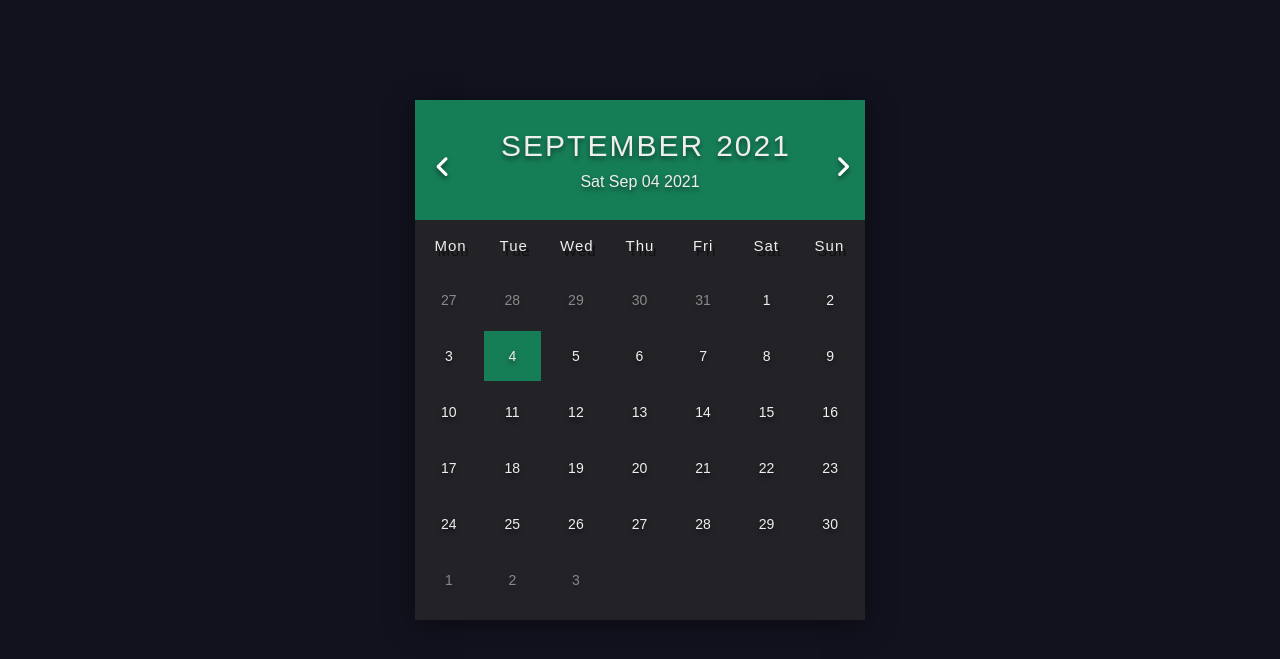
Repository: dboinska/calendar
Page: index.html
An editor plug-in stored every save of this project. The page is shown before and after the next save, followed by the edit.
The browser window is 1280 px wide. The pictures show the whole page.
Some web libraries are served in a nearby version.

Above is the page before, as saved 2021-09-08 00:14:01.

After the next save:
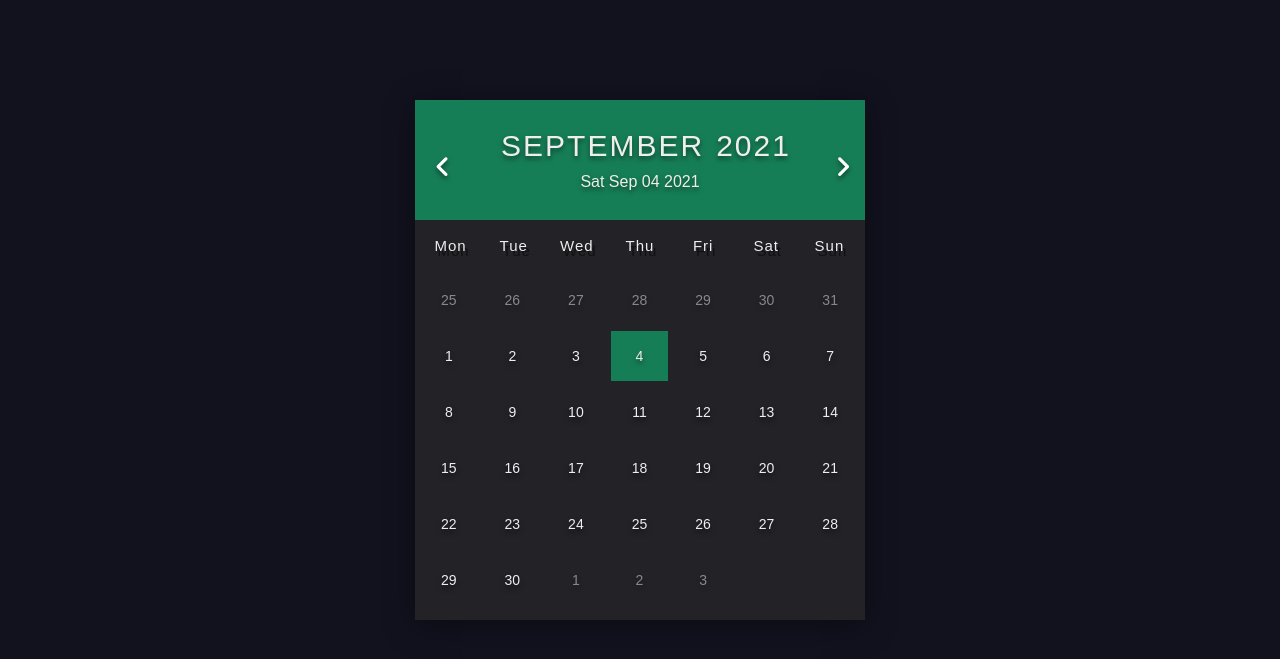
Saved 40 s later.
--- a/script.js
+++ b/script.js
@@ -48,7 +48,7 @@
   monthDays.replaceChildren();
 
   //if (lastDayIndex !== 0) {
-  for (let x = firstDayIndex - 1; x > 0; x--) {
+  for (let x = firstDayIndex + 1; x > 0; x--) {
     const div = document.createElement("div");
     div.textContent = prevLastDay - x + 1;
     div.className = "prev-date";

After the save that followed:
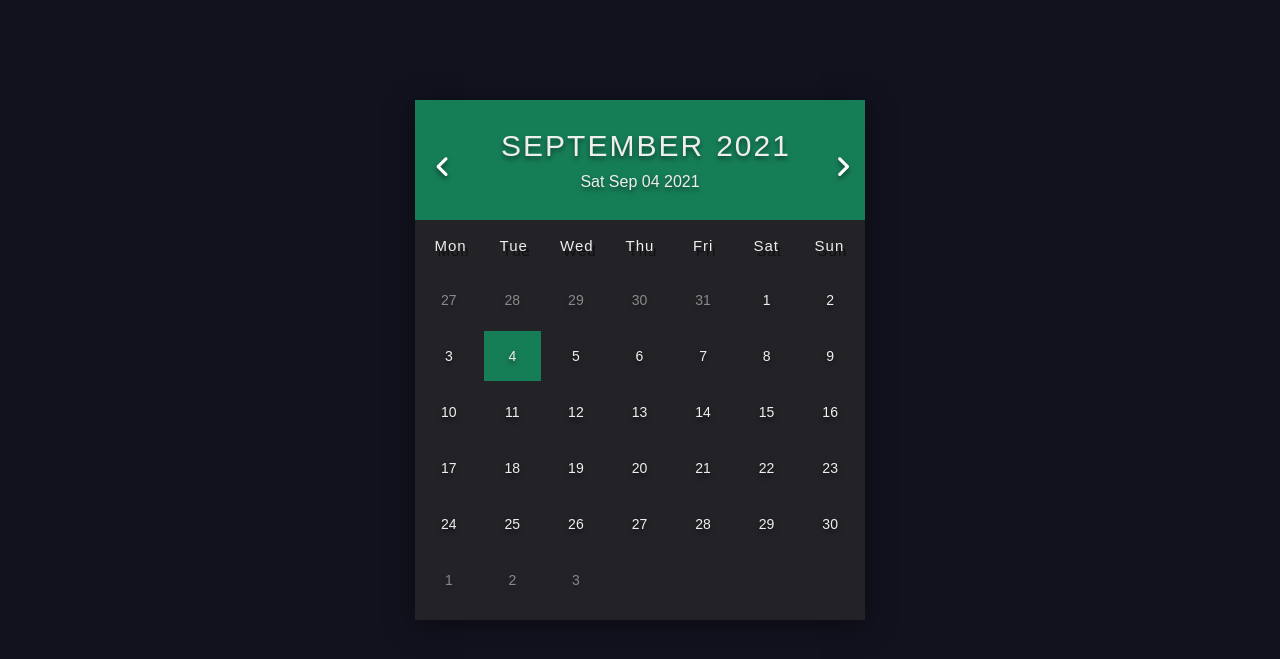
Saved 35 s later.
--- a/script.js
+++ b/script.js
@@ -48,7 +48,7 @@
   monthDays.replaceChildren();
 
   //if (lastDayIndex !== 0) {
-  for (let x = firstDayIndex + 1; x > 0; x--) {
+  for (let x = firstDayIndex - 1; x > 0; x--) {
     const div = document.createElement("div");
     div.textContent = prevLastDay - x + 1;
     div.className = "prev-date";
